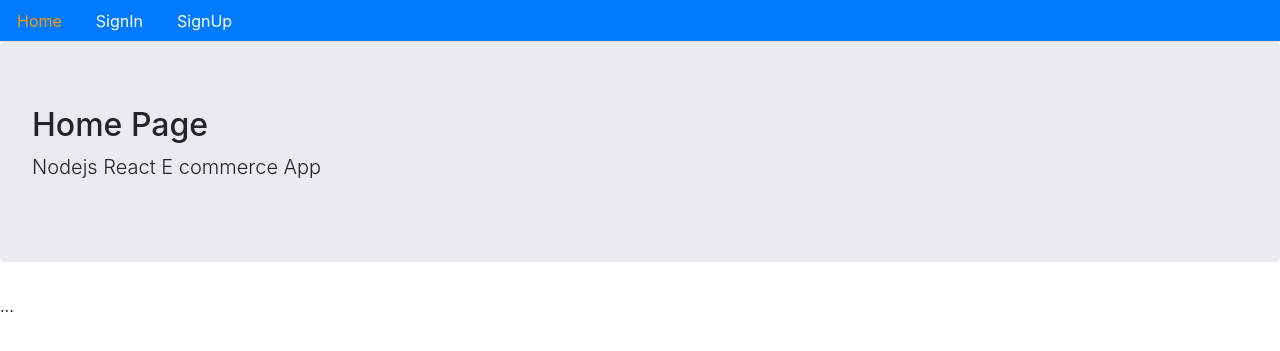
Repository: khanhnguyen1999/E-Commerce
Page: / (app in client/)
These files come from the project's save history. The page is drawn as it stood at one moment and after the next save; the edit follows.
The browser window is 1280 px wide. The pictures show the whole page.
The page's requests for data from a server got no answer. The project was rebuilt for these pictures with package versions that can differ from the ones it lists, and the page was loaded fresh each time. No one was signed in, and anything a server would have sent is missing. Also part of the build but not shown: client/src/user/Signup.js, client/src/user/SignIn.js, client/src/user/userDashboard.js, client/src/user/adminDashboard.js, client/src/auth/privateRoute.js, client/src/auth/adminRoute.js.

Above is the page before, as saved 2020-09-23 03:35:38.

After the next save:
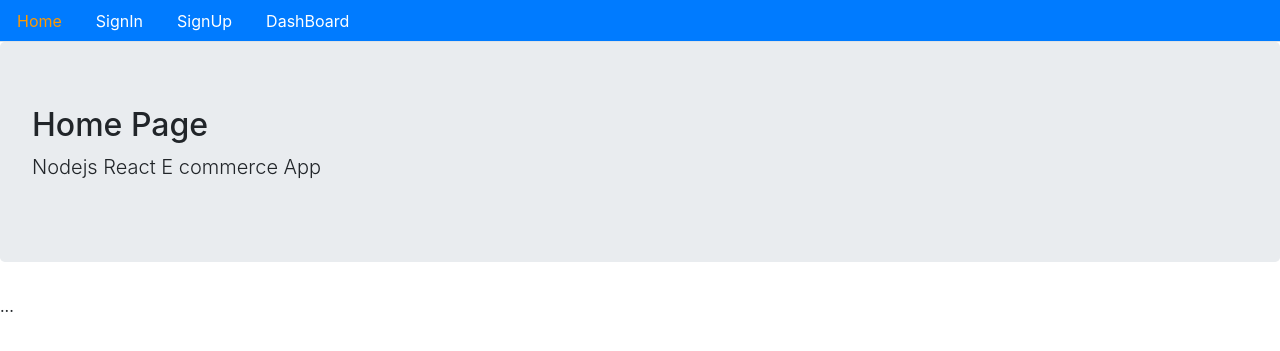
Saved 45 s later.
--- a/client/src/Page/Menu.js
+++ b/client/src/Page/Menu.js
@@ -38,7 +38,16 @@ function Menu({history}){
                         </>
                     )
                     }
-                {
+                     {isAuthenticated() && isAuthenticated().user.role===0?(
+                             <li className="nav-item">
+                             <Link className="nav-link" to="/user/dashboard" style={isActive(history,'/user/dashboard')}>DashBoard</Link>
+                         </li>
+                        ):
+                        <li className="nav-item">
+                        <Link className="nav-link" to="/admin/dashboard" style={isActive(history,'/admin/dashboard')}>DashBoard</Link>
+                        </li>
+                        }
+                    {
                    isAuthenticated() && (
                        <>
 
